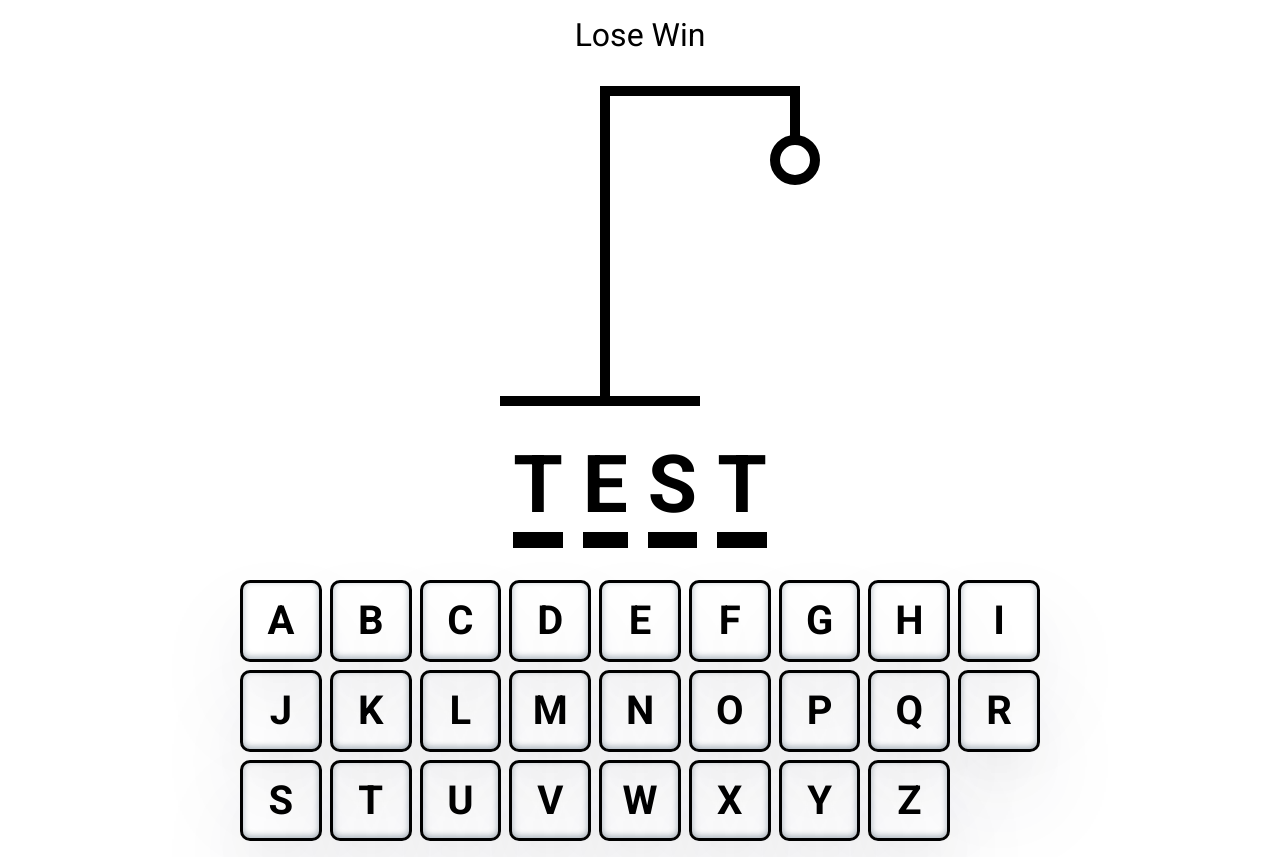
Repository: guilhermecardoso93/jogodaforca
Page: /
An editor plug-in stored every save of this project. The page is shown before and after the next save, followed by the edit.
The browser window is 1280 px wide. The pictures show the whole page.
The project was rebuilt for these pictures with package versions that can differ from the ones it lists, and the page was loaded fresh each time. Also part of the build but not shown: vite.config.ts.

Above is the page before, as saved 2022-12-06 21:47:11.

After the next save:
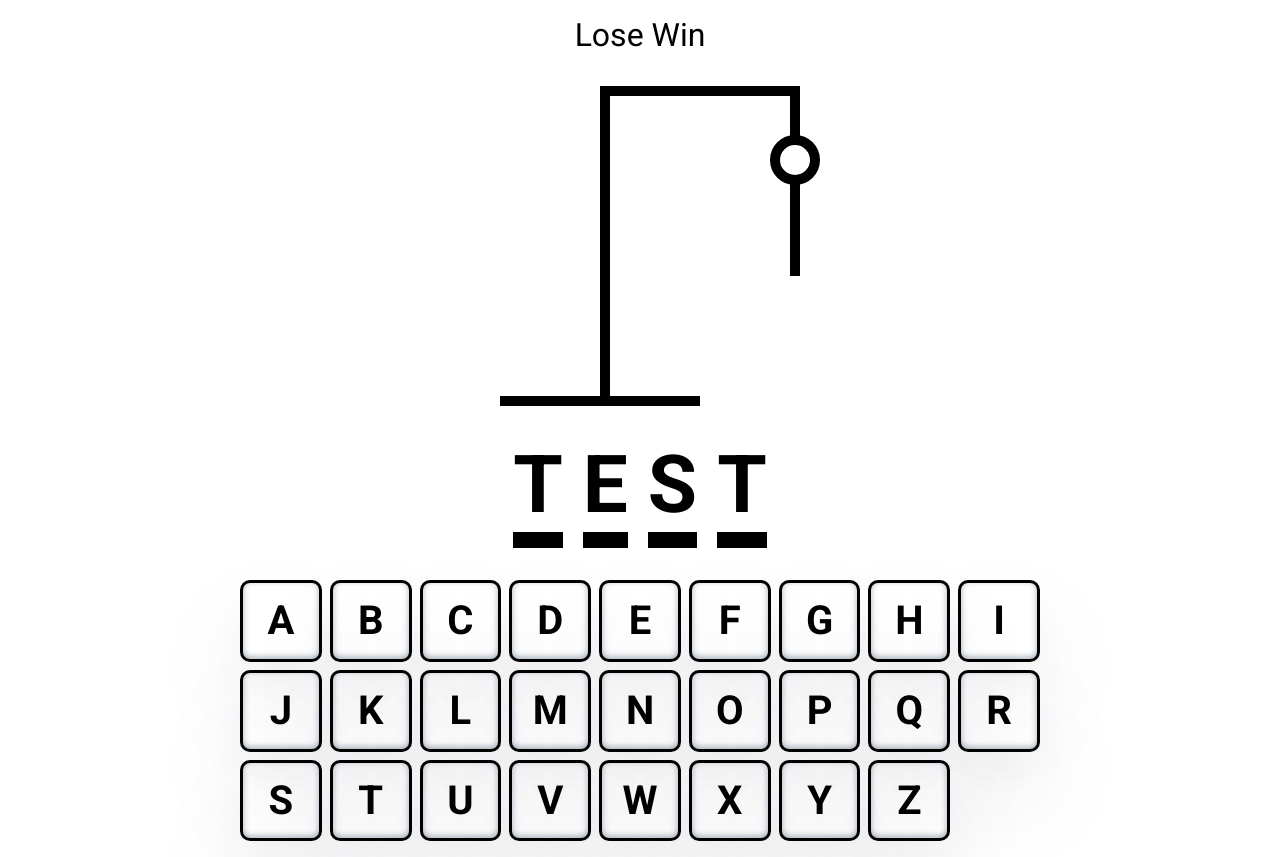
Saved 13 s later.
--- a/src/App.tsx
+++ b/src/App.tsx
@@ -13,7 +13,7 @@ export function App() {
   };
 
   const [wordToGuess, setWordToGuess] = useState(randomWords);
-  const [guessedLetters, setGuessedLetters] = useState<string[]>(['s']);
+  const [guessedLetters, setGuessedLetters] = useState<string[]>(['s','g']);
 
   const incorrectLetters = guessedLetters.filter(
     letter => !wordToGuess.includes(letter)
